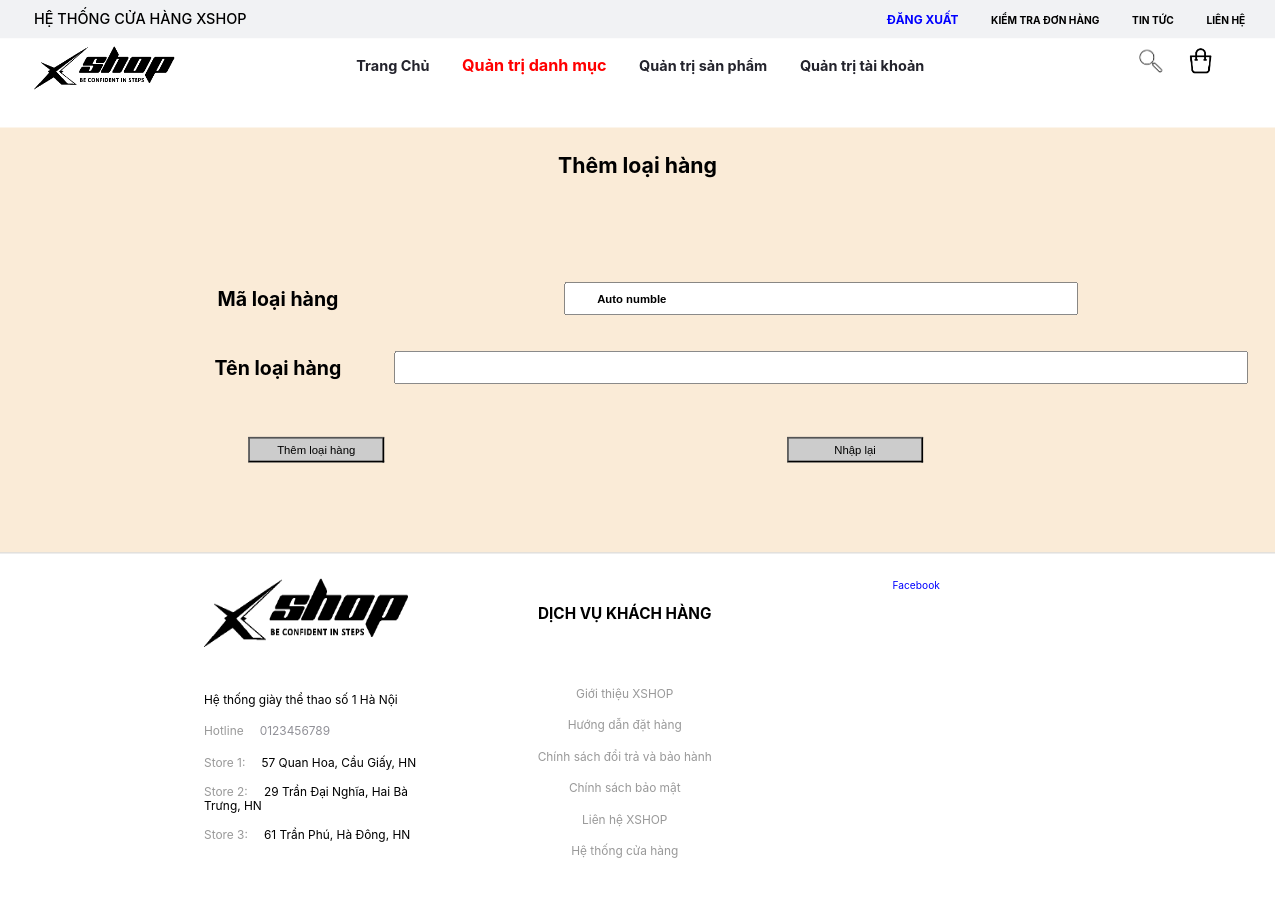
Repository: tienaq123/dam
Page: http://localhost/ass/ad/themdanhmuc.php
These files come from the project's save history. The page is drawn as it stood at one moment and after the next save; the edit follows.
The browser window is 1280 px wide. The page is 1500 px wide, so the pictures cover 1500 px, including what lies to the right of the window. The pictures show the whole page, at 85% of full size.
The page is run by PHP 8.4 with error messages shown; the project is at /var/www/html/.

Above is the page before, as saved 2021-10-21 03:38:53.

After the next save:
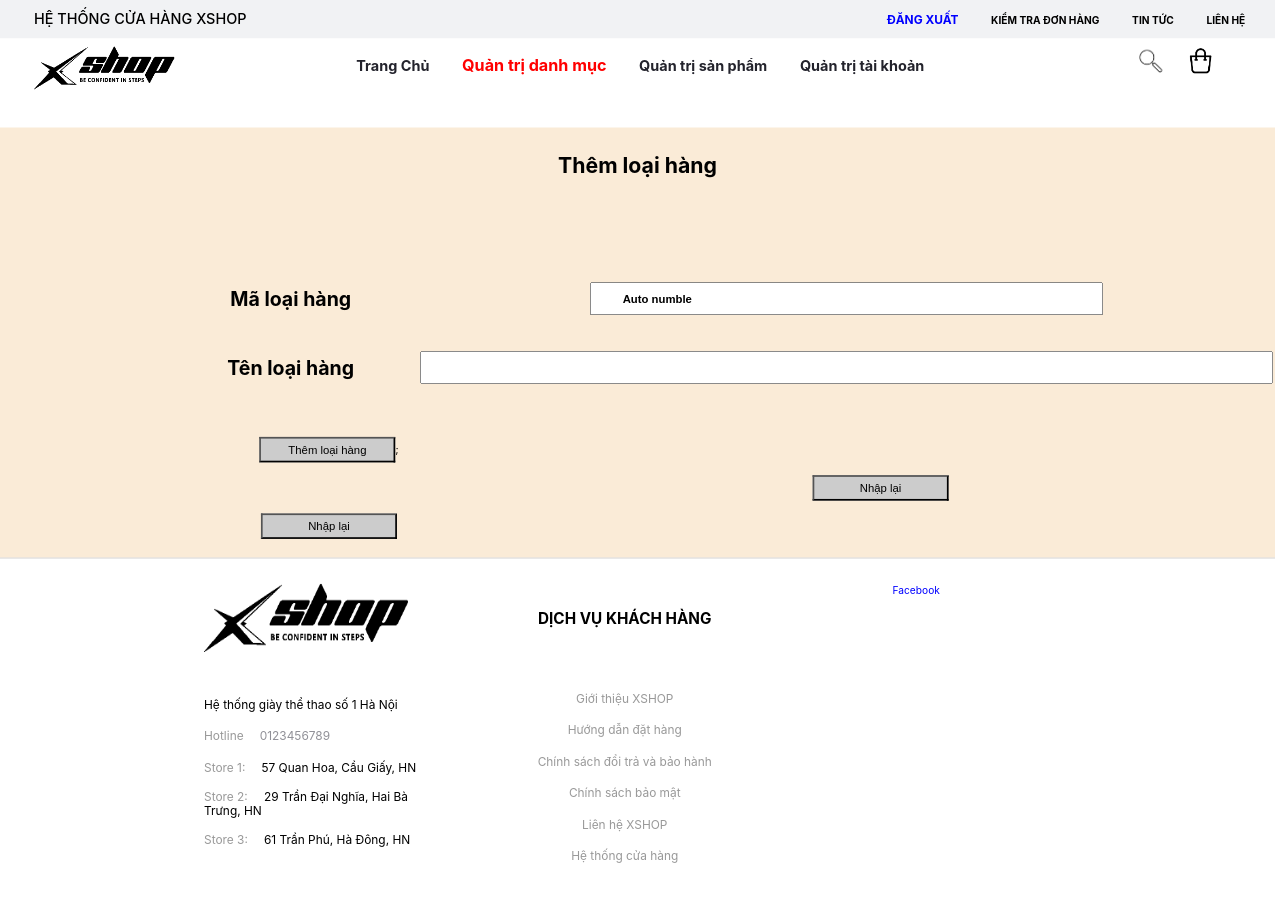
Saved 24 s later.
--- a/ad/themdanhmuc.php
+++ b/ad/themdanhmuc.php
@@ -75,7 +75,7 @@
                     </tr>
 
                     <tr>
-                        <td><input style="background-color: #ccc; width: 160px; height: 30px; margin:40px 0px 20px 90px;" type="submit" value="Thêm loại hàng" name="btn"></td>
+                        <td><input style="background-color: #ccc; width: 160px; height: 30px; margin:40px 0px 20px 90px;" type="submit" value="Thêm loại hàng" name="btn">; <input style="background-color: #ccc; width: 160px; height: 30px; margin:40px 0px 20px 90px;" type="reset" value="Nhập lại" name="btn"></td>
                         <td><input style="background-color: #ccc; width: 160px; height: 30px; margin:40px 0px 20px 90px;" type="reset" value="Nhập lại" name="btn"></td>
                     </tr>
                 </table>

After the save that followed:
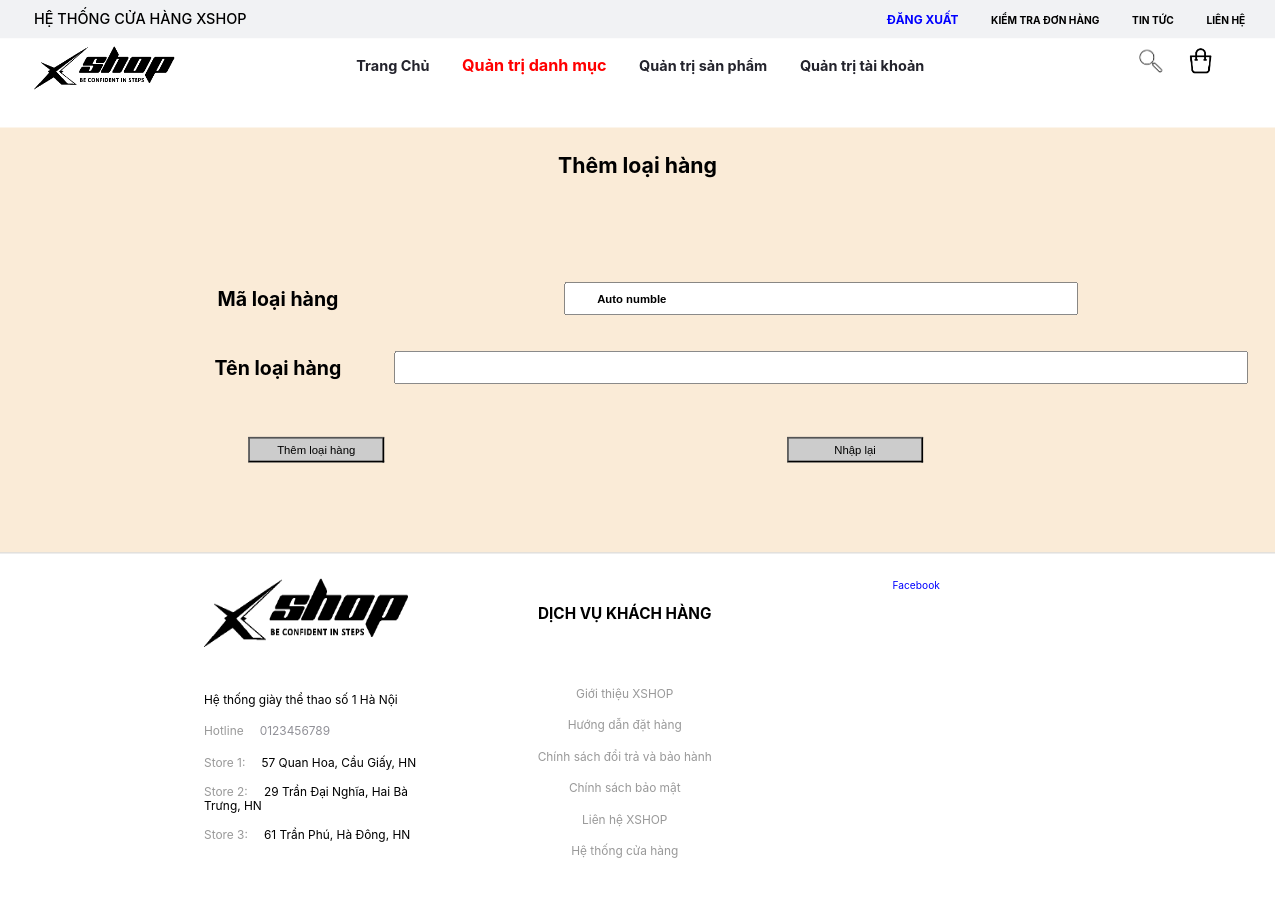
Saved 8 s later.
--- a/ad/themdanhmuc.php
+++ b/ad/themdanhmuc.php
@@ -75,7 +75,7 @@
                     </tr>
 
                     <tr>
-                        <td><input style="background-color: #ccc; width: 160px; height: 30px; margin:40px 0px 20px 90px;" type="submit" value="Thêm loại hàng" name="btn">; <input style="background-color: #ccc; width: 160px; height: 30px; margin:40px 0px 20px 90px;" type="reset" value="Nhập lại" name="btn"></td>
+                        <td><input style="background-color: #ccc; width: 160px; height: 30px; margin:40px 0px 20px 90px;" type="submit" value="Thêm loại hàng" name="btn"></td>
                         <td><input style="background-color: #ccc; width: 160px; height: 30px; margin:40px 0px 20px 90px;" type="reset" value="Nhập lại" name="btn"></td>
                     </tr>
                 </table>
